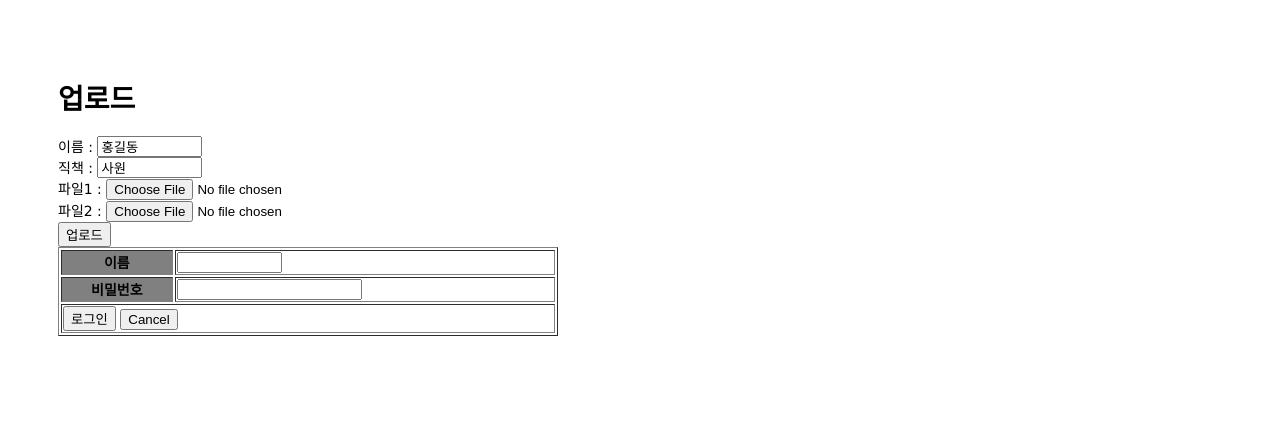
Repository: njir/nodejs
Page: http://localhost/upload
The author's editor kept a record of every edit. The page is drawn from the files as they stood at one moment, then again after the next edit.
The browser window is 1280 px wide. The pictures show the whole page.
The page is served by the project's Node server (member/app.js). Other server files are loaded and not shown.

Above is the page before.

### member/views/upload/upload.ejs
<!DOCTYPE html>
<html>
  <head>
    <meta charset="utf-8">
    <title><%= title %></title>
    <link rel='stylesheet' href='/stylesheets/style.css' />
    <style type="text/css">
	table{width: 400;}
	th{background-color: gray;}
	</style>
  </head>

  <body>
    <h1><%= title %></h1>
    <form action="/upload" method="post" enctype="multipart/form-data">
        이름 : <input type="text" name="name" value="홍길동" size="10"><br>
        직책 : <input type="text" name="job" value="사원" size="10"><br>
        파일1 : <input type="file" name="upfile1"><br>
        파일2 : <input type="file" name="upfile2"><br>
        <input type="submit" value="업로드">

    </form>

  <form action="/upload" method="post" enctype="multipart/form-data">
		<table border="1" width="500">
			<tr>
				<th>이름</th></th>
				<td><input type="text" name="name" size="10"></td>
			</tr>
			<tr>
				<th>비밀번호</th>
				<td><input type="password" name="pw" id="pw" maxlength="12" size="20"></td>
			</tr>
			<tr>
				<td colspan="2">
					<input type="submit" value="로그인" onclick="check()">
					<input type="reset" value="Cancel">
					</td>
				</tr>
		</table>
	</form>



  </body>
</html>

### member/app.js
var express = require('express');
var session = require('express-session');
var path = require('path');
var favicon = require('serve-favicon');
var logger = require('morgan');
var cookieParser = require('cookie-parser');
var bodyParser = require('body-parser');

var routes = require('./routes/index');
var users = require('./routes/users');


var http = require('http');
var app = express();

// view engine setup
app.set('views', path.join(__dirname, 'views'));
app.set('view engine', 'ejs');

// uncomment after placing your favicon in /public
//app.use(favicon(__dirname + '/public/favicon.ico'));
app.use(logger('dev'));
app.use(bodyParser.json());
app.use(bodyParser.urlencoded({
    extended: false
}));
app.use(cookieParser());
app.use(express.static(path.join(__dirname, 'public')));

app.use(session({
    secret: 'keyboard cat',
    resave: false,
    saveUninitialized: true
}));


app.use('/', routes);
app.use('/users', users);



// catch 404 and forward to error handler
app.use(function(req, res, next) {
    var err = new Error('Not Found');
    err.status = 404;
    next(err);
});

// error handlers

// development error handler
// will print stacktrace
if (app.get('env') === 'development') {
    app.use(function(err, req, res, next) {
        res.status(err.status || 500);
        res.render('error', {
            message: err.message,
            error: err
        });
    });
}

// production error handler
// no stacktraces leaked to user
app.use(function(err, req, res, next) {
    res.status(err.status || 500);
    res.render('error', {
        message: err.message,
        error: {}
    });
});


app.set('port', process.env.PORT || 80);

var server = app.listen(app.get('port'), function() {
    console.log('Listening on port ' + server.address().port);
});

module.exports = app;

### member/routes/index.js
var express = require('express');
var router = express.Router();
var mysql = require('mysql');
var db_member = require('../models/db_member');

/* GET home page. */
router.get('/', function(req, res) {
    //var user_id = (req.session.user_id === undefined ? 'none' : req.session.user_id);
    //res.json({user_id: user_id}); 모바일일때는
    res.render('index', {
        title: 'Express',
        user_id: req.session.user_id
    });
});

// 회원가입
router.get('/join', function(req, res) {
    res.render('joinform', {
        title: '회원 가입'
    });
});

router.post('/join', function(req, res) {
    // id, pw, name, tel, sex, email, age, regday, upday, del_yn
    var id = req.body.id;
    var pw = req.body.pw;
    var name = req.body.name;
    var sex = req.body.sex; //넘어오는 모든 값은 string임.
    sex = parseInt(req.body.sex, 10);
    var tel = req.body.t1 + '-' + req.body.t2 + '-' + req.body.t3;
    var age = req.body.age;
    age = parseInt(req.body.age, 10);
    var email = req.body.email;
    var datas = [id, pw, name, tel, sex, email, age];

    db_member.join(datas, function(success) {
        if (success) {
            // res.json({result:'success'}); 모바일일 경우
            res.redirect('/login');
        }
        else {
            // res.json({result:'fail'}); 모바일일 경우
            res.send('<script>alert("오류가 발생해서 되돌아갑니다.");history.back();</script>');
        }

    });
});

// 로그인
router.get('/login', function(req, res) {
    //console.log('req.session.id', req.session.id);
    res.render('loginform', {
        title: '로그인'
    });
});

router.post('/login', function(req, res) {
    var id = req.body.id;
    var pw = req.body.pw;
    var datas = [id, pw];

    db_member.login(datas, function(cnt) {
        if (cnt === 1) {
            //res.json({result: 'success'}); 모바일일경우
            req.session.user_id = id; //세션은 변수로 존재하고있음. 그냥 사용하면 됨
            res.send('<script>location.href="/";</script>');
        }
        else {
            //res.json({result: 'fail'}); 모바일일경우
            res.send('<script>alert("ID/패스워드를 확인하세요.");history.back();</script>');
        }
    });
});

//  로그아웃
router.get('/logout', function(req, res) {
    req.session.destroy(function(err) {
        if (err) {
            console.error('session destroy error', err);
        }
        res.send('<script>alert("로그아웃되었습니다.");location.href="/";</script>');

    });
});


//업로드
router.get('/upload', function(req, res) {
    res.render('upload/upload', {
        title: '업로드'
    });
});

router.post('/upload', function(req, res) {
    console.log('req.body', req.body);
    console.log('req.files', req.files);
    res.send('/');
});


module.exports = router;

Loaded but not shown: member/public/stylesheets/style.css (common file)

After the next edit:
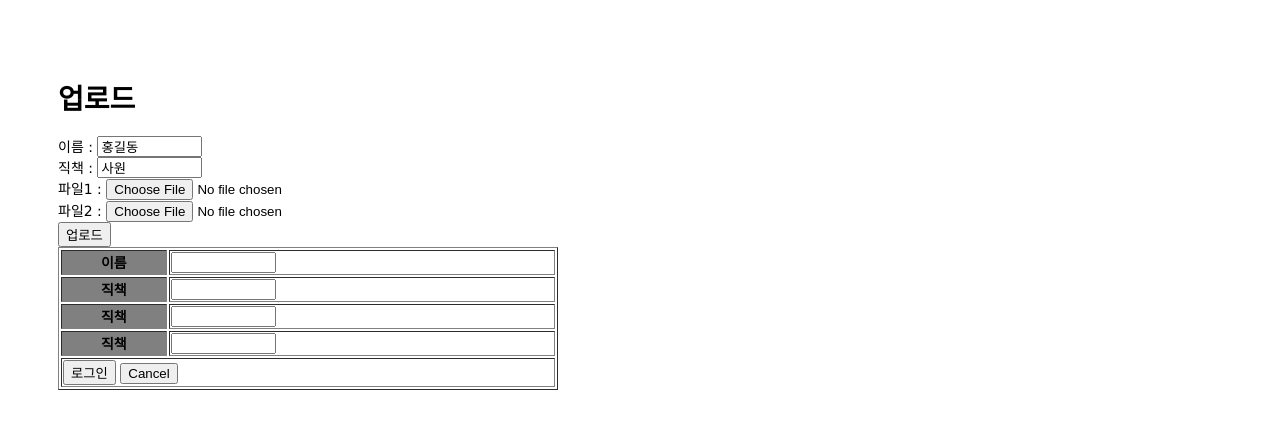
The edit:
--- a/member/views/upload/upload.ejs
+++ b/member/views/upload/upload.ejs
@@ -28,9 +28,19 @@
 				<td><input type="text" name="name" size="10"></td>
 			</tr>
 			<tr>
-				<th>비밀번호</th>
-				<td><input type="password" name="pw" id="pw" maxlength="12" size="20"></td>
+				<th>직책</th>
+				<td><input type="text" name="job" size="10"></td>
 			</tr>
+				<tr>
+				<th>직책</th>
+				<td><input type="text" name="job" size="10"></td>
+			</tr>
+
+				<tr>
+				<th>직책</th>
+				<td><input type="text" name="job" size="10"></td>
+			</tr>
+
 			<tr>
 				<td colspan="2">
 					<input type="submit" value="로그인" onclick="check()">
